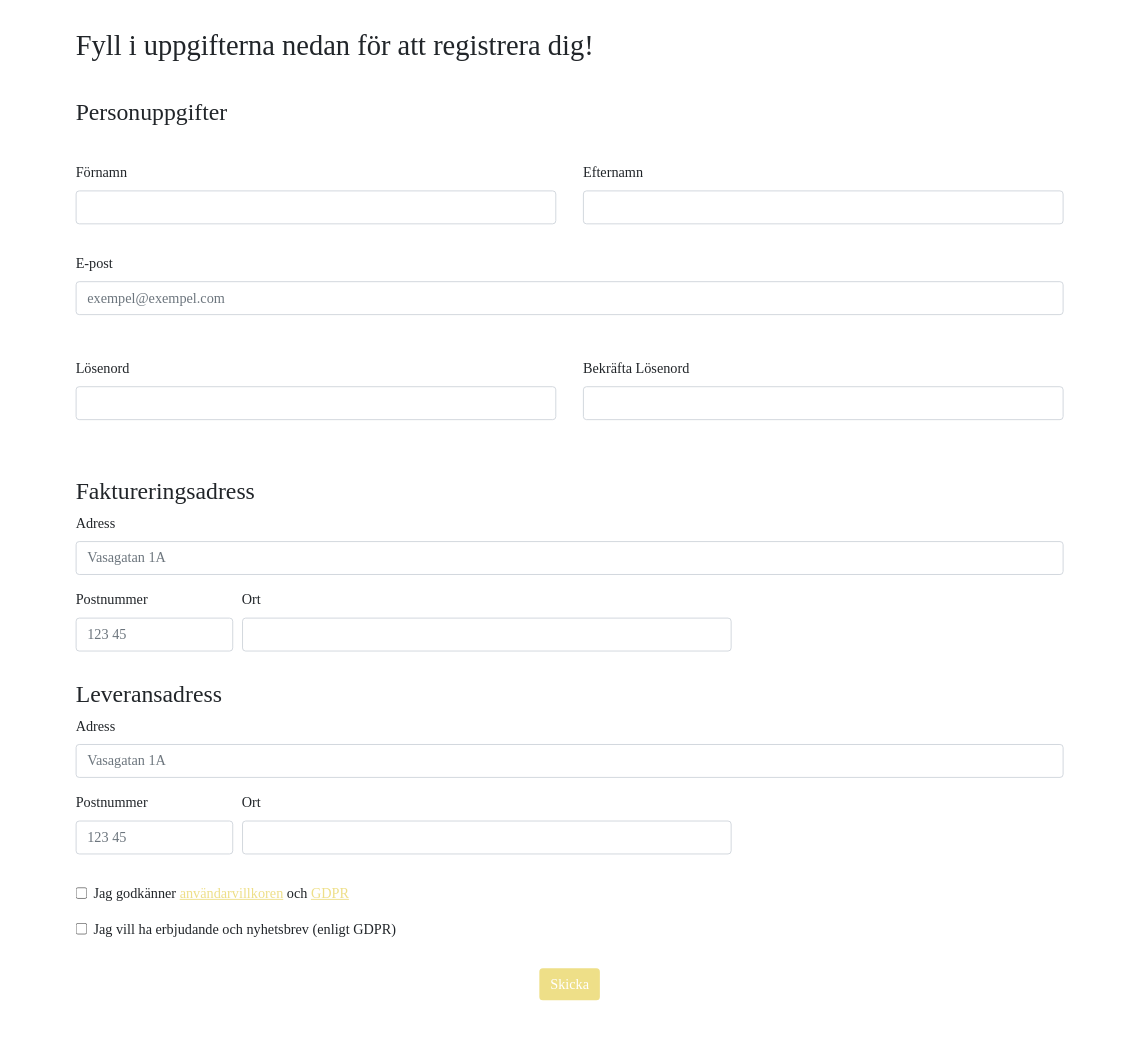
Repository: skepp4rn/Liamsuppgift3
Page: index.html
The author's editor kept a copy of each file at every save. The page is drawn from the files as they stood at one save, then again after the next save.
The browser window is 1280 px wide. The pictures show the whole page, at 89% of full size.
Some web libraries are served in a nearby version.

Above is the page before, as saved 2020-12-06 13:25:26.
Console error (its wording comes from the project's code and is left out).

### index.html
<!DOCTYPE html>
<html lang="sv">
<head>
    <meta charset="UTF-8">
    <meta name="viewport" content="width=device-width, initial-scale=1.0">
    <script src="https://kit.fontawesome.com/ef4c0722a8.js" crossorigin="anonymous"></script>
    <link rel="stylesheet" href="https://cdn.jsdelivr.net/npm/bootstrap@4.5.3/dist/css/bootstrap.min.css" integrity="sha384-TX8t27EcRE3e/ihU7zmQxVncDAy5uIKz4rEkgIXeMed4M0jlfIDPvg6uqKI2xXr2" crossorigin="anonymous">
    <link rel="stylesheet" href="css/style.css">
     <title>Registreringsfromulär</title>
</head>
<body>


    <section class="container">
        <div class="formReg1">
            <h2>Fyll i uppgifterna nedan för att registrera dig!</h2>
        </div>
    </section>


    <form class="container" oninput='up2.setCustomValidity(up2.value != up.value ? "Passwords do not match." : "")'>
        <div class="linje"></div>
        <div>
            <h3>Personuppgifter</h3>
        </div>


        <div class="row">
            <div class="col">
                <label for="firstname">Förnamn</label>
                <input id="firstname" type="text" class="form-control" required>
            </div>

            <div class="col">
                <label for="lastname">Efternamn</label>
                <input id="lastname" type="text" class="form-control" required>
            </div>
        </div>


        <div class="form-group">
            <label for="exampleInputEmail1">E-post</label>
            <input type="email" class="form-control" id="exampleInputEmail1" aria-describedby="emailHelp" placeholder="exempel@exempel.com" required>
        </div>


        <div class="row">
            <div class="col">
                <div class="form-group">
                    <label for="exampleInputPassword1">Lösenord</label>
                    <input type="password" class="form-control" name="up" id="exampleInputPassword1" required>
                </div>
            </div>
            <div class="col">
                <div class="form-group space">
                    <label for="exampleInputPassword2">Bekräfta Lösenord</label>
                    <input type="password" class="form-control" name="up2" id="exampleInputPassword2" required>
                </div>
            </div>
        </div>


        <div class="adress1"></div>
        <div>
            <h3>Faktureringsadress</h3>
        </div>


        <div class="form-group">
            <label for="inputAddress">Adress</label>
            <input type="text" class="form-control" id="inputAddress" placeholder="Vasagatan 1A" required>
        </div>


        <div class="form-row">
            <div class="form-group col-md-2">
                <label for="inputZip">Postnummer</label>
                <input type="text" class="form-control" id="inputZip" placeholder="123 45" required>
            </div>
            <div class="form-group col-md-6 bottenspace">
                <label for="inputCity">Ort</label>
                <input type="text" class="form-control" id="inputCity" required>
            </div>
        </div>


        <div class="adress1"></div>
        <div>
            <h3>Leveransadress</h3>
        </div>


        <div class="form-group">
            <label for="inputAddress">Adress</label>
            <input type="text" class="form-control" id="inputAddress" placeholder="Vasagatan 1A" required>
        </div>


        <div class="form-row">
            <div class="form-group col-md-2">
                <label for="inputZip">Postnummer</label>
                <input type="text" class="form-control" id="inputZip" placeholder="123 45" required>
            </div>
            <div class="form-group col-md-6 bottenspace">
                <label for="inputCity">Ort</label>
                <input type="text" class="form-control" id="inputCity" required>
            </div>
        </div>


        <div class="form-group form-check">
            <input type="checkbox" class="form-check-input" id="exampleCheck1" required>
            <label class="form-check-label" for="exampleCheck1">Jag godkänner <a class="linktext" href="anvandrarvillkor.html">användarvillkoren</a> och <a class="linktext" href="GDPR.html">GDPR</a></label>
        </div>


        <div class="form-group form-check">
            <input type="checkbox" class="form-check-input" id="exampleCheck2">
            <label class="form-check-label" for="exampleCheck1">Jag vill ha erbjudande och nyhetsbrev (enligt GDPR)</label>
        </div>


        <div class="button-center">
            <button formaction="thankyou.html" type="submit" class="colorbutton btn btn-primary">Skicka</button>
        </div>


        <div class="whitespace"></div>
    </form>

    <script src="https://cdn.jsdelivr.net/npm/bootstrap@4.5.3/dist/js/bootstrap.bundle.min.js" integrity="sha384-ho+j7jyWK8fNQe+A12Hb8AhRq26LrZ/JpcUGGOn+Y7RsweNrtN/tE3MoK7ZeZDyx" crossorigin="anonymous"></script>
</body>
</html>

### css/style.css
*{box-sizing:border-box}

html,body{margin:0;padding:0;font-family:'Times New Roman', Times, serif}
h3{font-size:20pt}.container{width:95vw;margin:auto}
.row{padding-top:2rem;display:grid;grid-template-columns:2fr;grid-template-rows:2fr 2fr}
.col{padding-bottom:2rem}
.whitespace{height:3rem}
@media (min-width: 768px){.row{display:grid;grid-template-rows:2fr;grid-template-columns:2fr 2fr}
.closepage{width:12vw;height:7vw !important;font-size:25pt}
.formReg1{grid-template-rows:15fr 1fr !important;padding-top:2rem;padding-bottom:2rem}
.thanks{width:70vw;margin:auto;height:40vw}
.thankyou{text-align:center;padding:2rem}}
@media (min-width: 1900px){.container{width:100vw !important}
.thanks{width:50vw;margin:auto;height:20vw}.tillbaka{width:12vw !important;height:2.5vw !important;font-size:20pt}
.formReg1{grid-template-rows:15fr 1fr !important;padding-top:2rem;padding-bottom:2rem}}
#firstname{color:grey}
#lastname{color:grey}
#exampleInputEmail1{color:grey}
#exampleInputPassword1{color:grey}
#exampleInputPassword2{color:grey}
.button-center{padding-top:1rem;display:flex;justify-content:center}
.colorbutton{background-color:#eedf88;border:none}
.line1{height:2px;background-color:#eedf88;margin-bottom:1rem}
.bottenspace{margin-bottom:2rem}
.linktext{color:#eedf88;text-decoration:underline}
.thanks{border:2px solid #eedf88;border-radius:10px;display:grid;grid-template-columns:1fr;grid-template-rows:3fr 1fr;justify-items:center;margin-top:8rem}
.tackruta{text-align:center;padding:2rem}
.tillbaka{background-color:#eedf88;border-radius:8px;text-align:center;width:40vw;height:7vw}
.tillbaka a{color:#ffffff;text-decoration:none}
.home{text-align:center}
.centrerade{display:grid;grid-template-columns:1fr;grid-template-rows:27fr 1fr;justify-items:center;margin:auto}
.gdpr{text-align:center}.welcome{padding-top:2rem;text-align:center}
.welcome h2{color:#eedf88}
.space{padding-bottom:1rem}

After the next save:
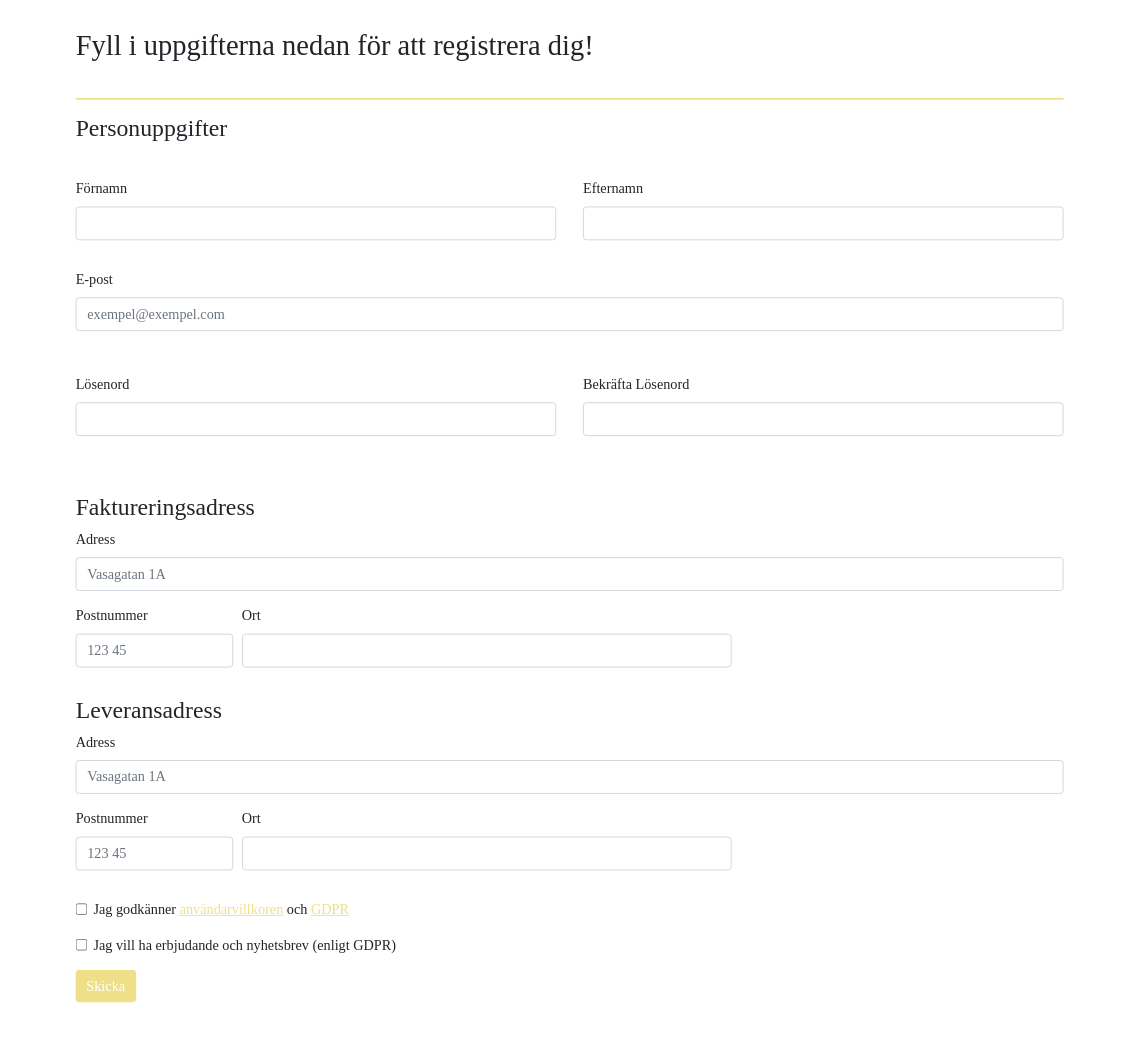
Saved 4 s later.
--- a/css/style.css
+++ b/css/style.css
@@ -18,12 +18,12 @@ h3{font-size:20pt}.container{width:95vw;margin:auto}
 #exampleInputEmail1{color:grey}
 #exampleInputPassword1{color:grey}
 #exampleInputPassword2{color:grey}
-.button-center{padding-top:1rem;display:flex;justify-content:center}
+.button{padding-top:1rem;display:flex;justify-content:center}
 .colorbutton{background-color:#eedf88;border:none}
-.line1{height:2px;background-color:#eedf88;margin-bottom:1rem}
+.linje{height:2px;background-color:#eedf88;margin-bottom:1rem}
 .bottenspace{margin-bottom:2rem}
 .linktext{color:#eedf88;text-decoration:underline}
-.thanks{border:2px solid #eedf88;border-radius:10px;display:grid;grid-template-columns:1fr;grid-template-rows:3fr 1fr;justify-items:center;margin-top:8rem}
+.tacktack{border:2px solid #eedf88;border-radius:10px;display:grid;grid-template-columns:1fr;grid-template-rows:3fr 1fr;justify-items:center;margin-top:8rem}
 .tackruta{text-align:center;padding:2rem}
 .tillbaka{background-color:#eedf88;border-radius:8px;text-align:center;width:40vw;height:7vw}
 .tillbaka a{color:#ffffff;text-decoration:none}
